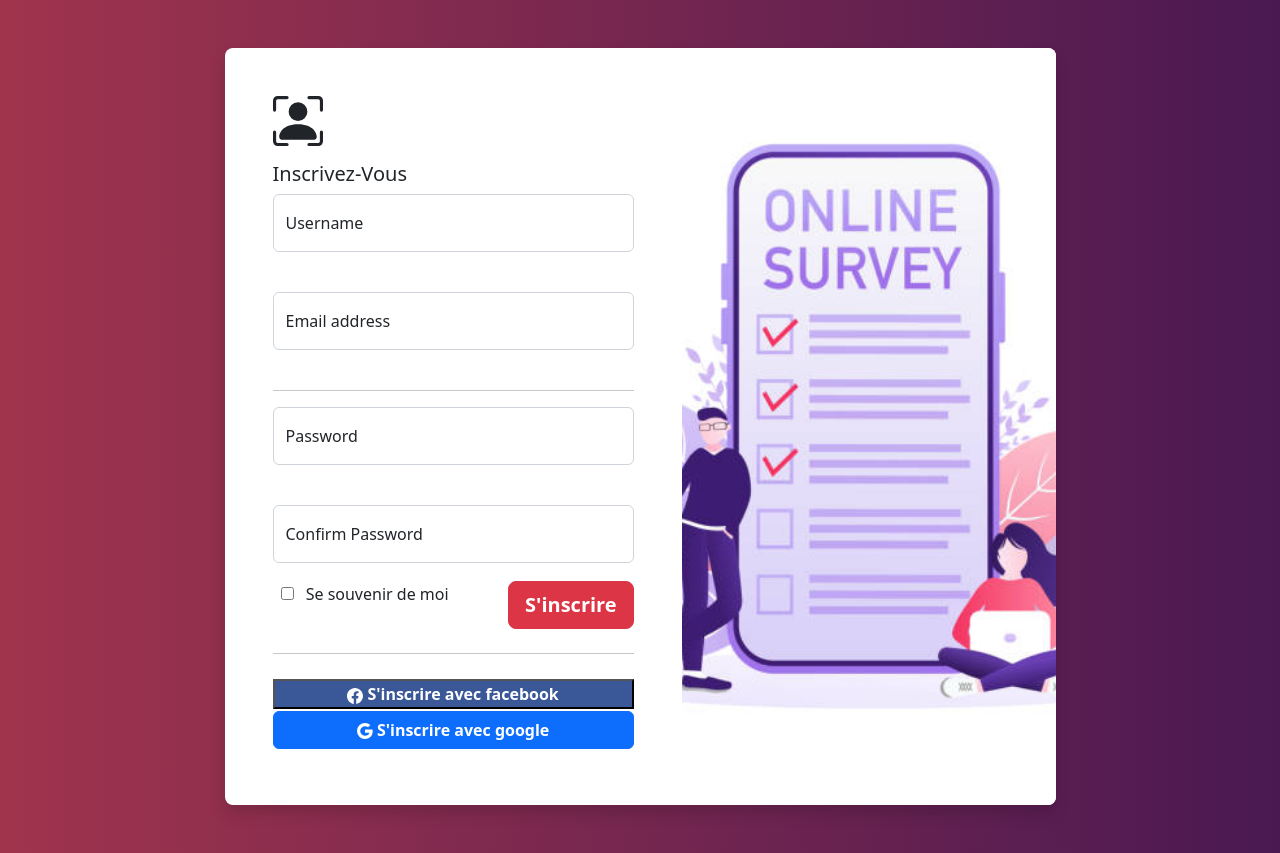
Repository: Djiamil/testsMoustaphaDER
Page: index.html
An editor plug-in stored every save of this project. The page is shown before and after a run of saves, followed by the edit.
The browser window is 1280 px wide. The pictures show the whole page.

Above is the page before, as saved 2022-12-09 00:35:49.

### index.html
<!DOCTYPE html>
<html lang="en">
<head>
    <meta charset="UTF-8">
    <meta http-equiv="X-UA-Compatible" content="IE=edge">
    <meta name="viewport" content="width=device-width, initial-scale=1.0">
    <title>Formulaire d'inscription Futur Digital</title>
    <link rel="stylesheet" href="https://cdn.jsdelivr.net/npm/bootstrap@5.2.3/dist/css/bootstrap.min.css" integrity="sha384-rbsA2VBKQhggwzxH7pPCaAqO46MgnOM80zW1RWuH61DGLwZJEdK2Kadq2F9CUG65" crossorigin="anonymous">
    <link rel="stylesheet" href="style.css">
</head>
<body>
    <div class="container">
        <div class="row">
          <div class="col-lg-10 col-xl-9 mx-auto">
            <div class="card flex-row my-5 border-0 shadow rounded-3 overflow-hidden">
                <div class="card-body p-4 p-sm-5">
                    <div class="d-flex flex-column">
                        <svg xmlns="http://www.w3.org/2000/svg" width="50" height="50" fill="currentColor" class="bi bi-person-bounding-box mb-3" viewBox="0 0 16 16">
                            <path d="M1.5 1a.5.5 0 0 0-.5.5v3a.5.5 0 0 1-1 0v-3A1.5 1.5 0 0 1 1.5 0h3a.5.5 0 0 1 0 1h-3zM11 .5a.5.5 0 0 1 .5-.5h3A1.5 1.5 0 0 1 16 1.5v3a.5.5 0 0 1-1 0v-3a.5.5 0 0 0-.5-.5h-3a.5.5 0 0 1-.5-.5zM.5 11a.5.5 0 0 1 .5.5v3a.5.5 0 0 0 .5.5h3a.5.5 0 0 1 0 1h-3A1.5 1.5 0 0 1 0 14.5v-3a.5.5 0 0 1 .5-.5zm15 0a.5.5 0 0 1 .5.5v3a1.5 1.5 0 0 1-1.5 1.5h-3a.5.5 0 0 1 0-1h3a.5.5 0 0 0 .5-.5v-3a.5.5 0 0 1 .5-.5z"/>
                            <path d="M3 14s-1 0-1-1 1-4 6-4 6 3 6 4-1 1-1 1H3zm8-9a3 3 0 1 1-6 0 3 3 0 0 1 6 0z"/>
                        </svg>
                        <h5 class="card-title  fw-light fs-5">Inscrivez-Vous</h5>
                    </div>
                    <form class="form" id="form">

                    <div class="form-floating mb-3">
                        <label for="floatingInputUsername">Username</label>
                        <input type="text" class="form-control" id="username" placeholder="Enter username">
                        <small>Error message</small>
                    </div>

                    <div class="form-floating mb-3">
                        <label for="floatingInputEmail">Email address</label>
                        <input type="text" class="form-control" id="email" placeholder="Enter email">
                        <small>Error message</small>
                    </div>

                    <hr>

                    <div class="form-floating mb-3">
                        <label for="floatingPassword">Password</label>
                        <input type="password" class="form-control" id="password" placeholder="Enter password">
                        <small>Error message</small>
                    </div>

                    <div class="form-floating mb-3">
                        <label for="floatingPasswordConfirm">Confirm Password</label>
                        <input type="password" class="form-control" id="password2" placeholder="Confirm your password">
                    </div>

                    <div class="d-grid mb-2 w-100 d-flex justify-content-between">
                        <div>
                            <input type="checkbox" value="" class="m-2">
                            Se souvenir de moi
                        </div>
                        <button class="btn btn-lg btn-danger btn-login fw-bold  mr-25">S'inscrire</button>
                    </div>

                    <hr class="my-4">

                    <div class="d-grid">
                        <button class="btn-facebook btn-login fw-bold " type="submit">
                            <svg xmlns="http://www.w3.org/2000/svg" width="16" height="16" fill="currentColor" class="bi bi-facebook" viewBox="0 0 16 16">
                                <path d="M16 8.049c0-4.446-3.582-8.05-8-8.05C3.58 0-.002 3.603-.002 8.05c0 4.017 2.926 7.347 6.75 7.951v-5.625h-2.03V8.05H6.75V6.275c0-2.017 1.195-3.131 3.022-3.131.876 0 1.791.157 1.791.157v1.98h-1.009c-.993 0-1.303.621-1.303 1.258v1.51h2.218l-.354 2.326H9.25V16c3.824-.604 6.75-3.934 6.75-7.951z"/>
                            </svg>
                            S'inscrire avec facebook
                        </button>
                    </div>
                    <div class="d-grid mb-2">
                        <button class="btn btn-primary fw-bold " type="submit">
                            <svg xmlns="http://www.w3.org/2000/svg" width="16" height="16" fill="currentColor" class="bi bi-google" viewBox="0 0 16 16">
                                <path d="M15.545 6.558a9.42 9.42 0 0 1 .139 1.626c0 2.434-.87 4.492-2.384 5.885h.002C11.978 15.292 10.158 16 8 16A8 8 0 1 1 8 0a7.689 7.689 0 0 1 5.352 2.082l-2.284 2.284A4.347 4.347 0 0 0 8 3.166c-2.087 0-3.86 1.408-4.492 3.304a4.792 4.792 0 0 0 0 3.063h.003c.635 1.893 2.405 3.301 4.492 3.301 1.078 0 2.004-.276 2.722-.764h-.003a3.702 3.702 0 0 0 1.599-2.431H8v-3.08h7.545z"/>
                              </svg> S'inscrire avec google
                        </button>
                    </div>
                    </form>
                </div>
                <div class="card-img-left d-none d-md-flex">
                    <!-- Background image for card set in CSS! -->
                  </div>
            </div>
        </div>
    </div>
<script src="https://cdn.jsdelivr.net/npm/bootstrap@5.2.3/dist/js/bootstrap.min.js" integrity="sha384-cuYeSxntonz0PPNlHhBs68uyIAVpIIOZZ5JqeqvYYIcEL727kskC66kF92t6Xl2V" crossorigin="anonymous"></script>
<script src="script.js"></script>
</body>
</html>

### style.css
@import url('https://fonts.googleapis.com/css2?family=Open+Sans:wght@300&display=swap');
:root{
  --success-color: #2ecc71;
  --error-color: #e74c3c;
}
body {
    background: #a0344d;
    background: linear-gradient(to right, #a0344d, #4a1952);
  }

  .card-img-left {
    width: 45%;
    /* Link to your background image using in the property below! */
    background: scroll center url('./image/ins.jpg');
    background-size: cover;
  }

  /* .btn-login {
    font-size: 0.9rem;
    letter-spacing: 0.05rem;
    padding: 0.75rem 1rem;
  } */

  .btn-google {
    color: white !important;
    background-color: #2297f4;
  }

  .btn-facebook {
    color: white !important;
    background-color: #3a5798;
  }
  .form-floating input:focus{
    outline: 0;
    border-color: #777;
}

.form-floating.success input{
    border-color: var(--success-color);
    margin: 2rem;
}

.form-floating.error input{
    border-color: var(--error-color);
}

  .form-floating small{
    color: var(--error-color);
    bottom: 0;
    left: 0;
    visibility: hidden;
}

.form-floating.error small{
    visibility: visible;
}
button{
  position:relative;
  margin-top: 0.1rem;
}

### script.js
const form = document.getElementById('form');
const username = document.getElementById('username');
const email = document.getElementById('email');
const password = document.getElementById('password');
const password2 = document.getElementById('password2');


function showError(input, message) {//Afficher les messages d'erreur
    const formControl = input.parentElement;
    formControl.className = 'form-floating error';
    const small = formControl.querySelector('small');
    small.innerText = message;
}

function showSuccess(input) {
    const formControl = input.parentElement;
    formControl.className = 'form-floating success';
}

function checkEmail(input) {//Tester si l'email est valide :  javascript : valid email
    const re = /^(([^<>()\[\]\\.,;:\s@"]+(\.[^<>()\[\]\\.,;:\s@"]+)*)|(".+"))@((\[[0-9]{1,3}\.[0-9]{1,3}\.[0-9]{1,3}\.[0-9]{1,3}\])|(([a-zA-Z\-0-9]+\.)+[a-zA-Z]{2,}))$/;

    if (re.test(input.value.trim().toLowerCase())) {
        showSuccess(input);
    } else {
        showError(input,`Email is not valid!`);
    }
}

function checkRequired(inputArray) {// Tester si les champs ne sont pas vides
    inputArray.forEach(input => {
        if (input.value.trim() === '') {
            showError(input,`${getFieldName(input)} is required`);
        }else{
            showSuccess(input);
        }
    });
}

//
function getFieldName(input) {//Retour le nom de chaque input en se basant sur son id
    return input.id.charAt(0).toUpperCase() + input.id.slice(1);
}
//

//
function checkLength(input, min, max) {//Tester la longueur de la valeur  d'un input
    if(input.value.length < min){
        showError(input, `${getFieldName(input)} must be at least ${min} characters!`)
    }else if(input.value.length > max){
        showError(input, `${getFieldName(input)} must be less than ${max} characters !`);
    }else{
        showSuccess(input);
    }
}
//
function checkPasswordMatch(input1, input2) {//Verifie la conformité des password
    if (input1.value !== input2.value) {
        showError(input2, 'Passwords do not match!');
    }
}

form.addEventListener('submit',function(e){
    e.preventDefault();//Bloquer la soumission du formulaire


    checkRequired([username, email, password, password2]);
    //
    checkLength(username, 3, 15);
    checkLength(password, 6, 25);
    checkEmail(email);
    checkPasswordMatch(password,password2);


    /*
    function isValidEmail(email) {//Tester si l'email est valide
    const re = /^(([^<>()\[\]\\.,;:\s@"]+(\.[^<>()\[\]\\.,;:\s@"]+)*)|(".+"))@((\[[0-9]{1,3}\.[0-9]{1,3}\.[0-9]{1,3}\.[0-9]{1,3}\])|(([a-zA-Z\-0-9]+\.)+[a-zA-Z]{2,}))$/;
    return re.test(String(email).toLowerCase());
}
*/
});

After the next 4 saves:
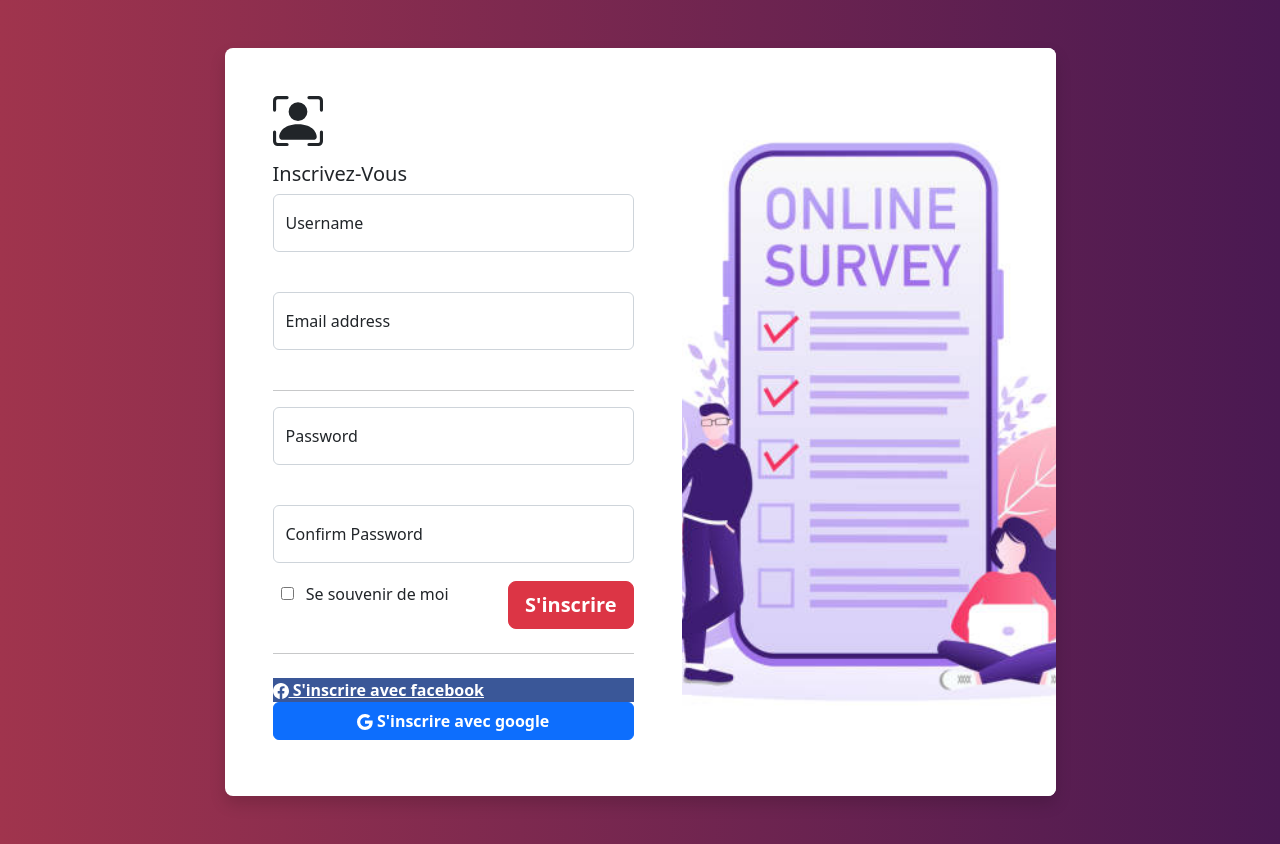
The 4 saves are shown as one change because they came seconds apart.
The last was saved 31 s later.
--- a/index.html
+++ b/index.html
@@ -59,19 +59,19 @@
                     <hr class="my-4">
 
                     <div class="d-grid">
-                        <button class="btn-facebook btn-login fw-bold " type="submit">
+                        <a class="btn-facebook btn-login fw-bold " type="submit">
                             <svg xmlns="http://www.w3.org/2000/svg" width="16" height="16" fill="currentColor" class="bi bi-facebook" viewBox="0 0 16 16">
                                 <path d="M16 8.049c0-4.446-3.582-8.05-8-8.05C3.58 0-.002 3.603-.002 8.05c0 4.017 2.926 7.347 6.75 7.951v-5.625h-2.03V8.05H6.75V6.275c0-2.017 1.195-3.131 3.022-3.131.876 0 1.791.157 1.791.157v1.98h-1.009c-.993 0-1.303.621-1.303 1.258v1.51h2.218l-.354 2.326H9.25V16c3.824-.604 6.75-3.934 6.75-7.951z"/>
                             </svg>
                             S'inscrire avec facebook
-                        </button>
+                        </a>
                     </div>
                     <div class="d-grid mb-2">
-                        <button class="btn btn-primary fw-bold " type="submit">
+                        <a class="btn btn-primary fw-bold " type="submit">
                             <svg xmlns="http://www.w3.org/2000/svg" width="16" height="16" fill="currentColor" class="bi bi-google" viewBox="0 0 16 16">
                                 <path d="M15.545 6.558a9.42 9.42 0 0 1 .139 1.626c0 2.434-.87 4.492-2.384 5.885h.002C11.978 15.292 10.158 16 8 16A8 8 0 1 1 8 0a7.689 7.689 0 0 1 5.352 2.082l-2.284 2.284A4.347 4.347 0 0 0 8 3.166c-2.087 0-3.86 1.408-4.492 3.304a4.792 4.792 0 0 0 0 3.063h.003c.635 1.893 2.405 3.301 4.492 3.301 1.078 0 2.004-.276 2.722-.764h-.003a3.702 3.702 0 0 0 1.599-2.431H8v-3.08h7.545z"/>
                               </svg> S'inscrire avec google
-                        </button>
+                            </a>
                     </div>
                     </form>
                 </div>

After the save that followed:
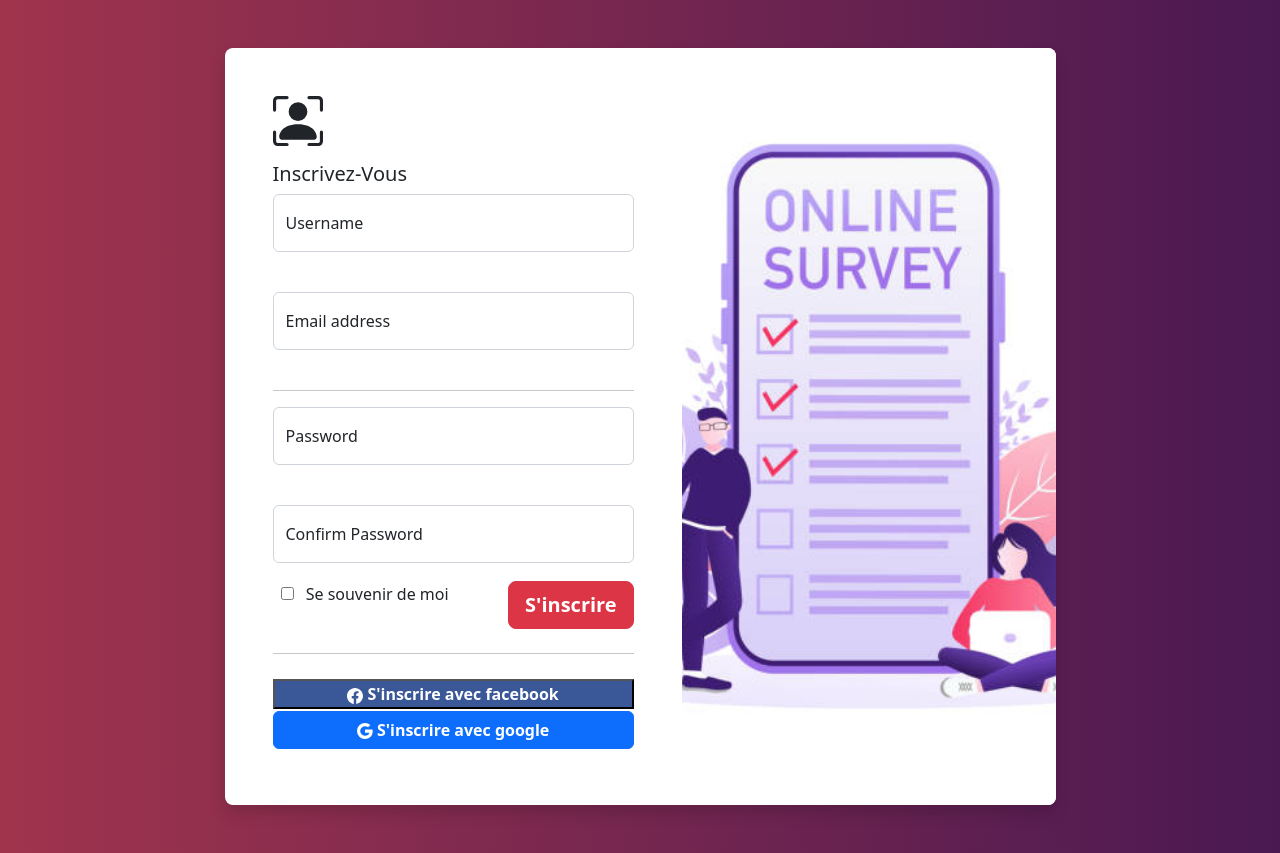
Saved 17 s later.
--- a/index.html
+++ b/index.html
@@ -59,19 +59,19 @@
                     <hr class="my-4">
 
                     <div class="d-grid">
-                        <a class="btn-facebook btn-login fw-bold " type="submit">
+                        <button class="btn-facebook btn-login fw-bold " type="submit">
                             <svg xmlns="http://www.w3.org/2000/svg" width="16" height="16" fill="currentColor" class="bi bi-facebook" viewBox="0 0 16 16">
                                 <path d="M16 8.049c0-4.446-3.582-8.05-8-8.05C3.58 0-.002 3.603-.002 8.05c0 4.017 2.926 7.347 6.75 7.951v-5.625h-2.03V8.05H6.75V6.275c0-2.017 1.195-3.131 3.022-3.131.876 0 1.791.157 1.791.157v1.98h-1.009c-.993 0-1.303.621-1.303 1.258v1.51h2.218l-.354 2.326H9.25V16c3.824-.604 6.75-3.934 6.75-7.951z"/>
                             </svg>
                             S'inscrire avec facebook
-                        </a>
+                        </button>
                     </div>
                     <div class="d-grid mb-2">
-                        <a class="btn btn-primary fw-bold " type="submit">
+                        <button class="btn btn-primary fw-bold " type="submit">
                             <svg xmlns="http://www.w3.org/2000/svg" width="16" height="16" fill="currentColor" class="bi bi-google" viewBox="0 0 16 16">
                                 <path d="M15.545 6.558a9.42 9.42 0 0 1 .139 1.626c0 2.434-.87 4.492-2.384 5.885h.002C11.978 15.292 10.158 16 8 16A8 8 0 1 1 8 0a7.689 7.689 0 0 1 5.352 2.082l-2.284 2.284A4.347 4.347 0 0 0 8 3.166c-2.087 0-3.86 1.408-4.492 3.304a4.792 4.792 0 0 0 0 3.063h.003c.635 1.893 2.405 3.301 4.492 3.301 1.078 0 2.004-.276 2.722-.764h-.003a3.702 3.702 0 0 0 1.599-2.431H8v-3.08h7.545z"/>
                               </svg> S'inscrire avec google
-                            </a>
+                        </button>
                     </div>
                     </form>
                 </div>
